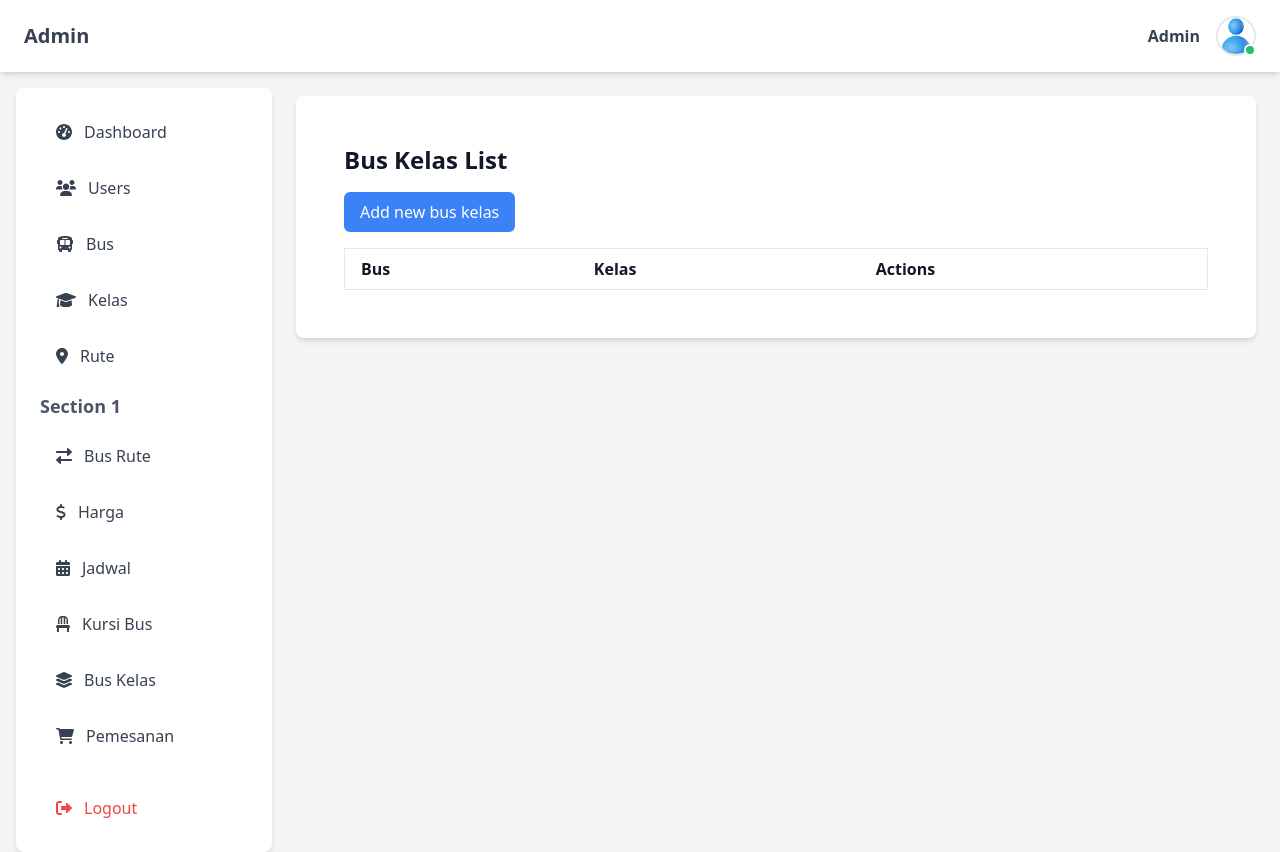
Repository: daffa-alif/bussistem
Page: resources/views/bus-kelas/index.blade.php
The author's editor kept a copy of each file at every save. The page is drawn from the files as they stood at one save, then again after the next save.
The browser window is 1280 px wide. The pictures show the whole page.
Some web libraries are served in a nearby version. The page is served by the project's Laravel application, run on PHP 8.4 with Laravel 12. A made-up administrator, Test User (test@example.com), is signed in. The template is opened directly, without the code that normally fills it, so the values that code supplies are empty.

Above is the page before, as saved 2025-01-30 14:46:51.

After the next save:
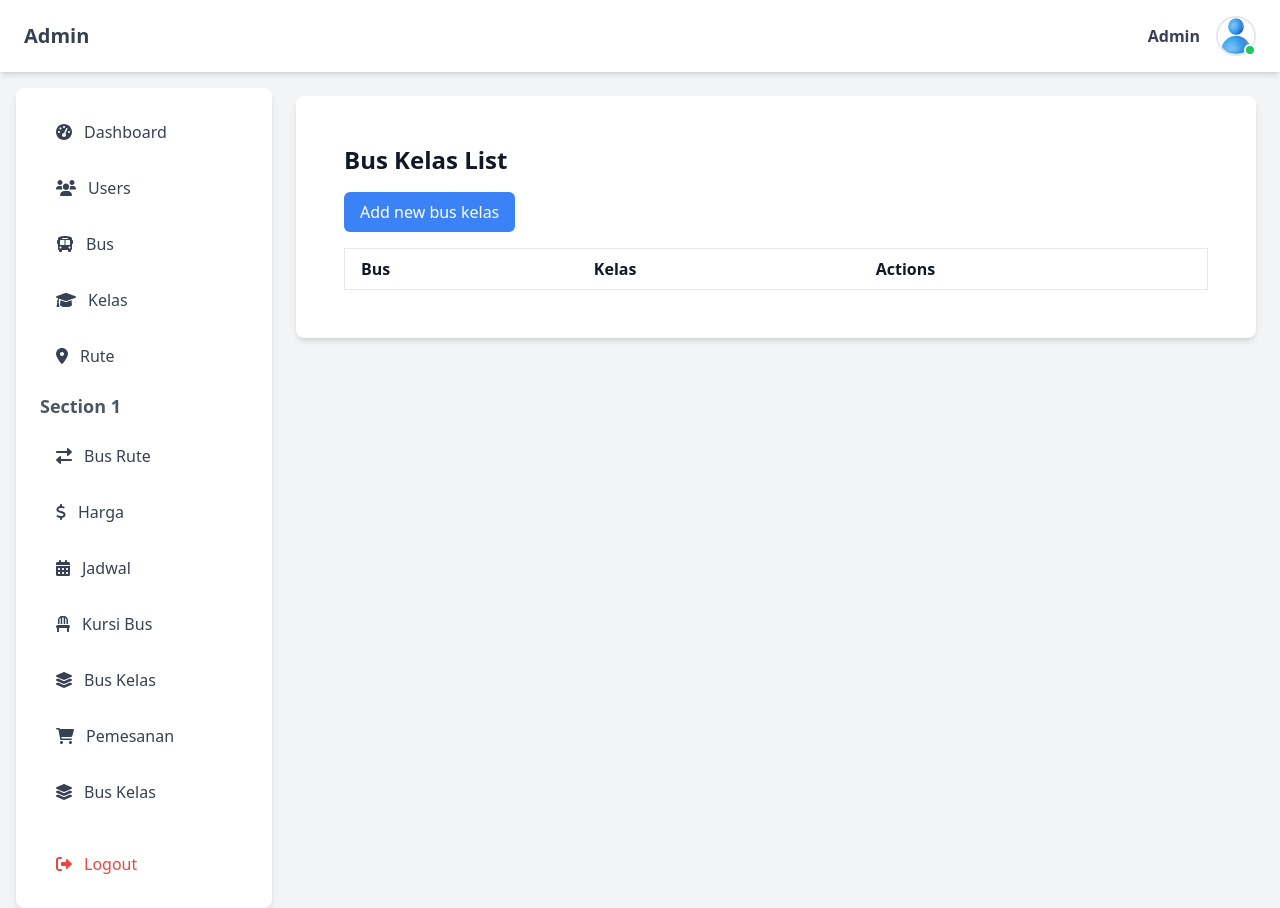
Saved 85 min 8 s later.
--- a/resources/views/layouts/app.blade.php
+++ b/resources/views/layouts/app.blade.php
@@ -62,6 +62,10 @@
                     </li>
                     <li><a href="{{ route('pemesanan.index') }}" class="flex items-center text-gray-700 hover:text-blue-600 hover:bg-blue-100 py-2 px-4 rounded transition">
                         <i class="fas fa-shopping-cart mr-3"></i> Pemesanan</a>
+                    </li>
+
+                    <li><a href="{{ route('bus-kelas.index') }}" class="flex items-center text-gray-700 hover:text-blue-600 hover:bg-blue-100 py-2 px-4 rounded transition">
+                        <i class="fas fa-layer-group mr-3"></i> Bus Kelas</a>
                     </li>
                     <!-- New Bus Kelas Link -->
                 </ul>
